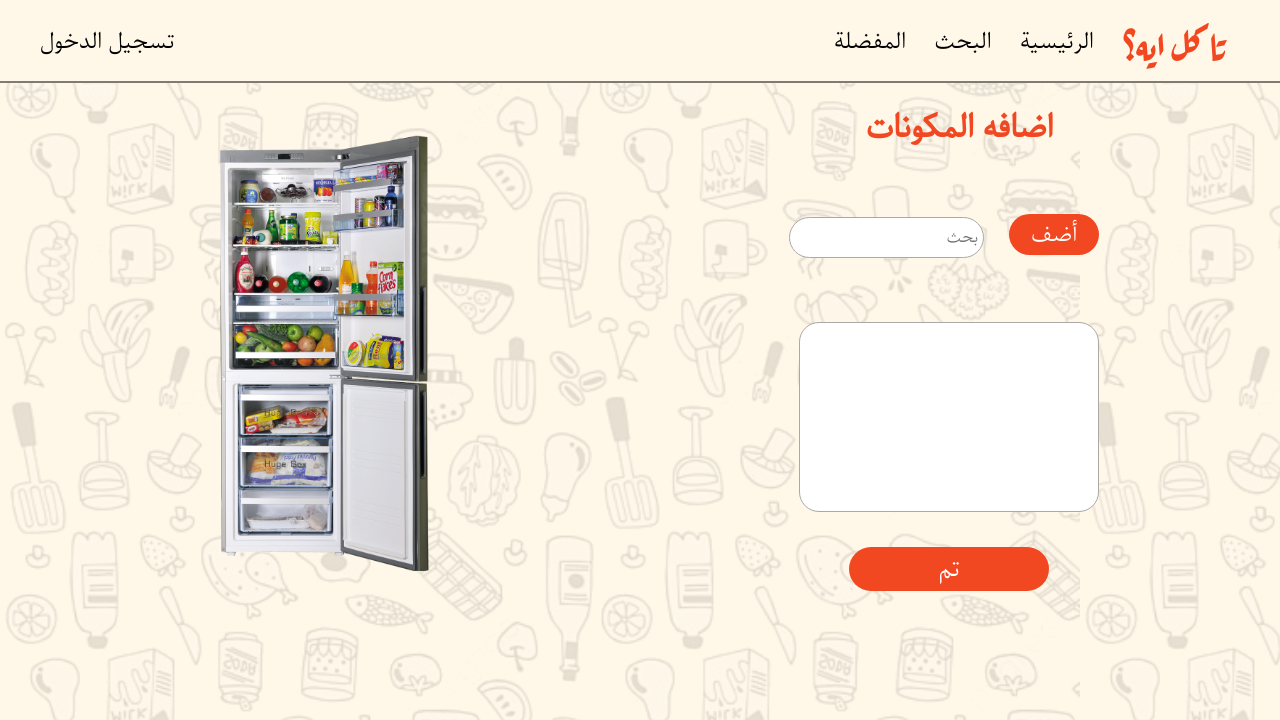
Repository: TarekZsc97/TakolEh1
Page: http://localhost/enter-data
An editor plug-in stored every save of this project. The page is shown before and after the next save, followed by the edit.
The browser window is 1280 px wide. The pictures show the whole page.
The page is served by the project's application, run on Flask 3 (app.py).

Above is the page before, as saved 2023-12-19 23:58:27.

After the next save:
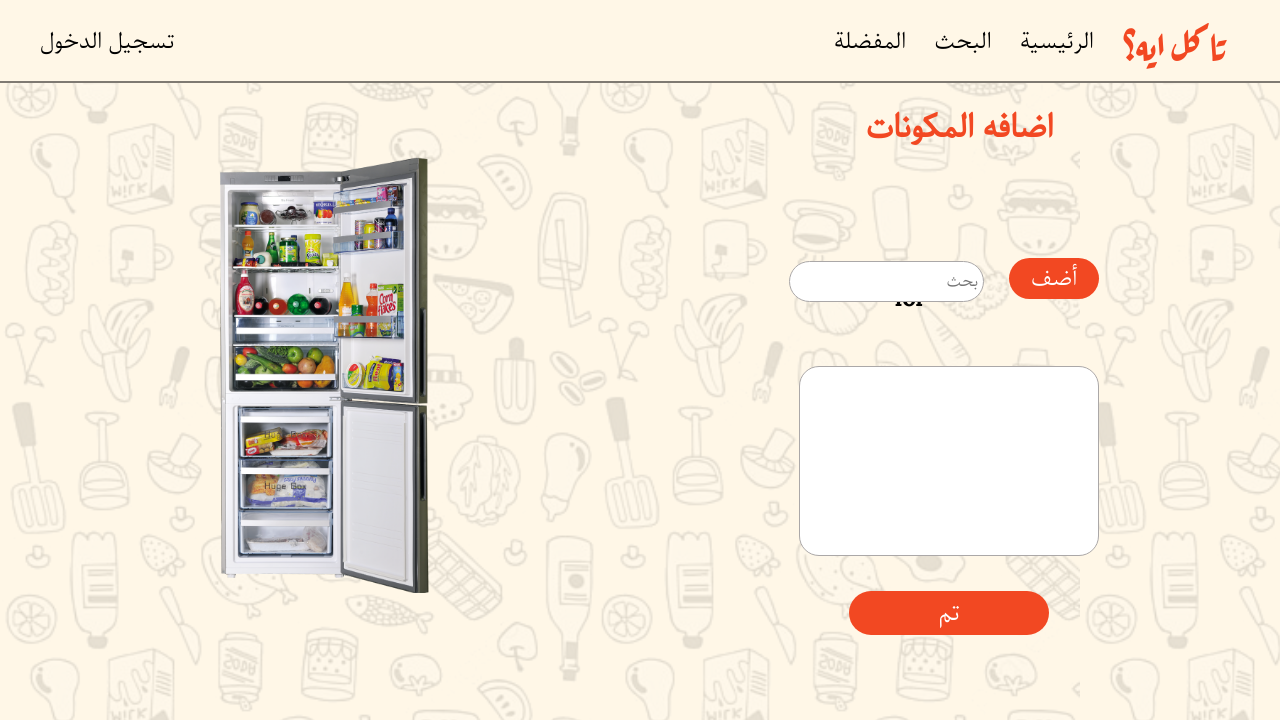
Saved 10 s later.
--- a/templates/enter_data.html
+++ b/templates/enter_data.html
@@ -19,6 +19,7 @@
          <div class="text">
             <div class="add-item">
                <p class="title">اضافه المكونات</p>
+               for
             <div class="add">
                <input type="text" placeholder="بحث" class="search">
                <button class="add-btn">أضف </button>

After the save that followed:
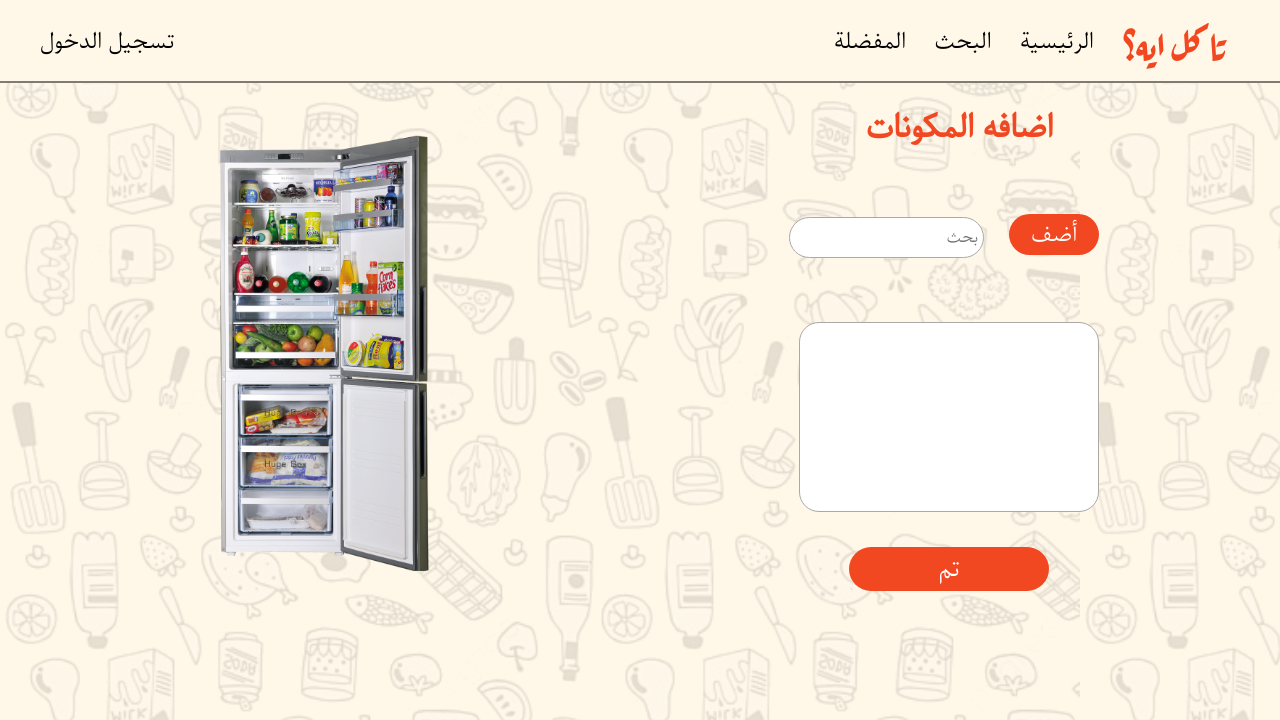
Saved 6 s later.
--- a/templates/enter_data.html
+++ b/templates/enter_data.html
@@ -19,7 +19,7 @@
          <div class="text">
             <div class="add-item">
                <p class="title">اضافه المكونات</p>
-               for
+               <form action=""></form>
             <div class="add">
                <input type="text" placeholder="بحث" class="search">
                <button class="add-btn">أضف </button>
